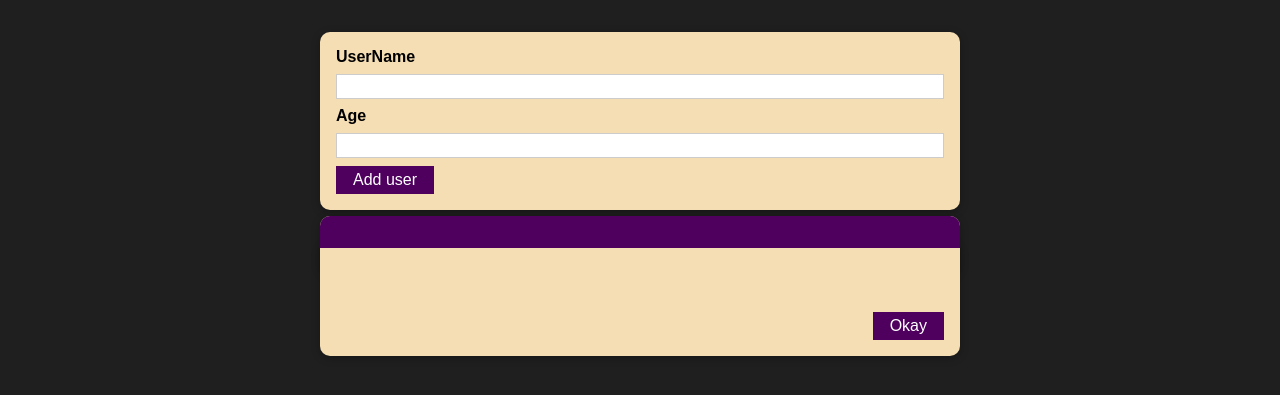
Repository: Wakkaba/08-Demo-proj
Page: /
These files come from the project's save history. The page is drawn as it stood at one moment and after the next save; the edit follows.
The browser window is 1280 px wide. The pictures show the whole page.
The project was rebuilt for these pictures with package versions that can differ from the ones it lists, and the page was loaded fresh each time.

Above is the page before, as saved 2021-10-25 17:34:32.

### src/App.js
import React, { useState } from "react";
import { AddUser } from "./components/Users/AddUser";
import { UsersList } from "./components/Users/UserList";

function App() {
  const [userList, setUserList] = useState([]);

  const addUserHandler = (uName, uAge) => {
    setUserList((prevUserList) => {
      return [...prevUserList, {name: uName, age: uAge, id: Math.random()*100}]
    })

  }

  return (
    <div>
      <AddUser onAddUser={addUserHandler} />
      <UsersList users={userList} />
    </div>
  );
}

export default App;

### src/components/Users/AddUser.js
import React, { useState } from "react";
import "./AddUser.css";
import { Card } from "../UI/Card";
import { Button } from "../UI/Button";
import { ErrorModal } from "../UI/ErrorModal";
export const AddUser = (props) => {
  const [enteredUsername, setEnteredUsername] = useState("");
  const [enteredAge, setEnteredAge] = useState("");

  const userNameChangeHandler = (e) => {
    setEnteredUsername(e.target.value);
  };

  const userAgeChangeHandler = (e) => {
    setEnteredAge(e.target.value);
  };

  const addUserHandler = (e) => {
    e.preventDefault();
    if (enteredUsername.trim().length === 0 || enteredAge.trim().length === 0) {
      return;
    }
    if (+enteredAge < 1) {
      return;
    }

    setEnteredUsername("");
    setEnteredAge("");
    props.onAddUser(enteredUsername, enteredAge);
  };

  return (
    <div>
      <ErrorModal />
      <Card className="input">
        <form onSubmit={addUserHandler}>
          <label htmlFor="username">UserName</label>
          <input
            value={enteredUsername}
            onChange={userNameChangeHandler}
            id="username"
            type="text"
          />
          <label htmlFor="age">Age</label>
          <input
            value={enteredAge}
            onChange={userAgeChangeHandler}
            id="age"
            type="number"
          />
          <Button type="submit">Add user</Button>
        </form>
      </Card>
    </div>
  );
};

### src/components/Users/UserList.js
import React from "react";
import {Card} from "../UI/Card"
import './UserList.css'
export const UsersList = (props) => {
  return (
    <Card className="users">
      <ul>
        {props.users.map((user) => (
          <li key={user.id}>
            {user.name} ({user.age} years old)
          </li>
        ))}
      </ul>
    </Card>
  );
};

### src/components/UI/Card.js
import React from "react";
import "./Card.css";

export const Card = (props) => {
  return <div className={` ${'card'} ${props.className}`}>{props.children}</div>;
};

### src/components/UI/Button.js
import React from "react";
import "./Button.css";

export const Button = (props) => {
  return (
    <button
      onClick={props.onClick}
      className="button"
      type={props.type || "button"}
    >
      {props.children}
    </button>
  );
};

### src/components/UI/ErrorModal.js
import React from "react";
import './ErrorModal.css'
import { Card } from "./Card";
import { Button } from "../UI/Button";

export const ErrorModal = (props) => {
  return <Card className="modal">
    <header className="header">
        <h2>{props.title}</h2>
    </header>
    <div className="content">
        <p>{props.message}</p>
    </div>
    <footer className="actions">
        <Button>Okay</Button>
    </footer>
  </Card>;
};

### src/components/UI/Card.css
.card {
    background: wheat;
    border-radius: 10px;
    box-shadow: 0 2px 8px rgba(0, 0, 0, 0.26);
}

Loaded but not shown: public/index.html (common file); src/index.js (common file); src/index.css (common file); src/components/Users/AddUser.css (common file); src/components/Users/UserList.css (common file); src/components/UI/Button.css (common file); src/components/UI/ErrorModal.css (common file)

After the next save:
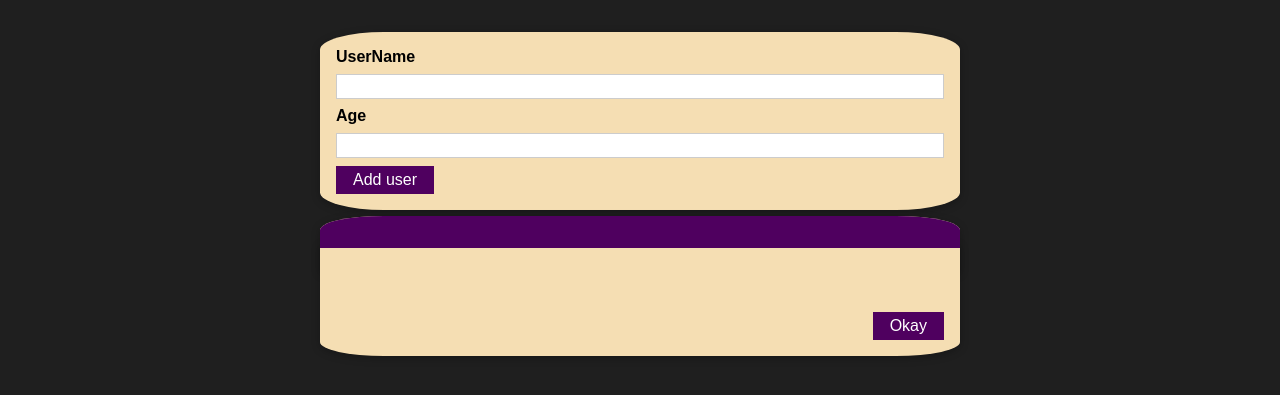
Saved 14 s later.
--- a/src/components/UI/Card.css
+++ b/src/components/UI/Card.css
@@ -1,5 +1,5 @@
 .card {
     background: wheat;
-    border-radius: 10px;
+    border-radius: 10%;
     box-shadow: 0 2px 8px rgba(0, 0, 0, 0.26);
 }
